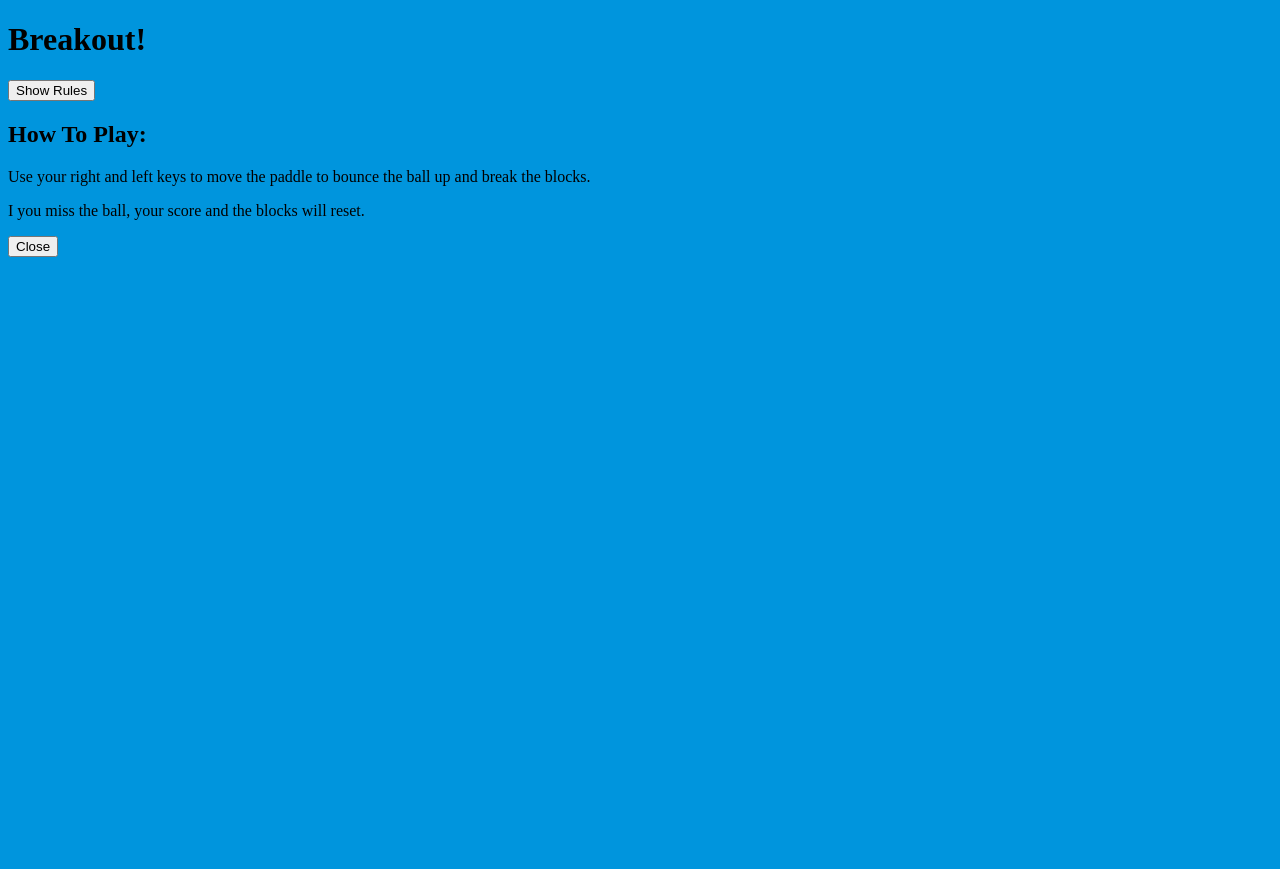
Repository: JackyZzZz/BREAKOUT-GAME
Page: index.html
These files come from the project's save history. The page is drawn as it stood at one moment and after a run of saves; the edit follows.
The browser window is 1280 px wide. The pictures show the whole page.

Above is the page before, as saved 2023-09-04 20:31:57.

After the next 2 saves:
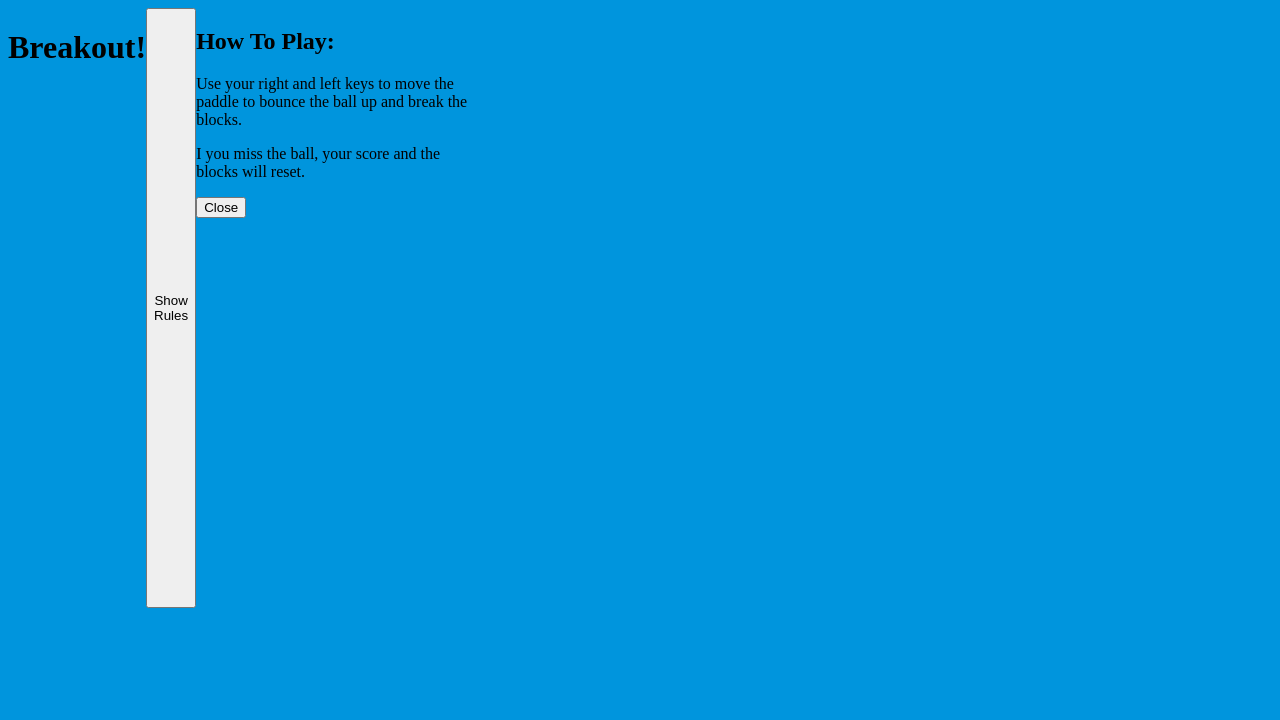
The 2 saves are shown as one change because they came seconds apart.
The last was saved 9 s later.
--- a/style.css
+++ b/style.css
@@ -4,4 +4,5 @@
 
 body {
     background-color: #0095dd;
+    display: flex
 }
